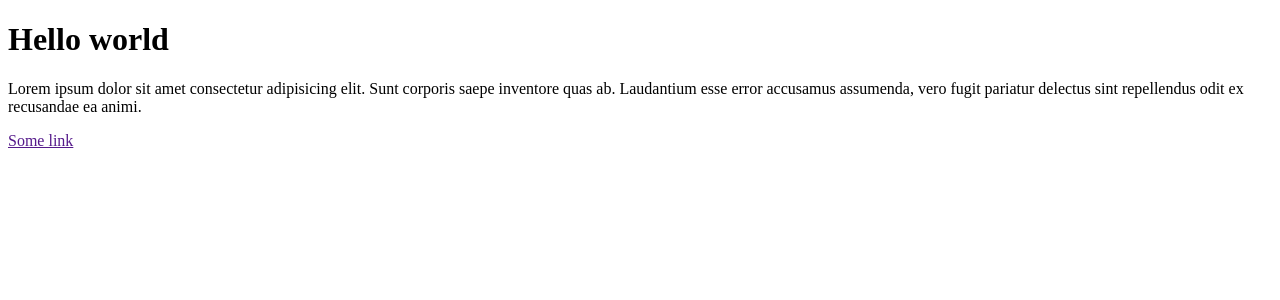
Repository: janismozgis-rcs/gurpa_5_test
Page: http://localhost/
These files come from the project's save history. The page is drawn as it stood at one moment and after the next save; the edit follows.
The browser window is 1280 px wide. The pictures show the whole page.
The page is run by PHP 8.4 with error messages shown; the project is at /var/www/html/.

Above is the page before, as saved 2018-06-18 20:14:08.

After the next save:
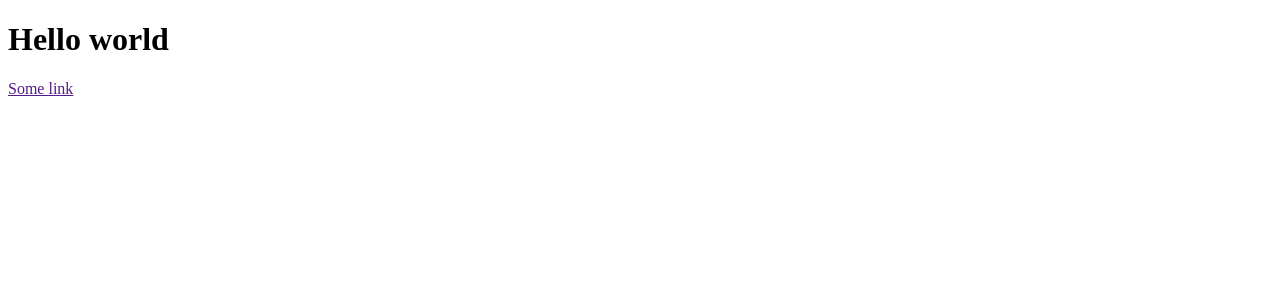
Saved 2 min 36 s later.
--- a/content.php
+++ b/content.php
@@ -1 +1,17 @@
-<p>Lorem ipsum dolor sit amet consectetur adipisicing elit. Sunt corporis saepe inventore quas ab. Laudantium esse error accusamus assumenda, vero fugit pariatur delectus sint repellendus odit ex recusandae ea animi.</p>
+<?php
+$users = [
+    [
+        'name' => 'Johnny',
+        'age' => '20'
+    ],
+    [
+        'name' => 'Billy',
+        'age' => '21'
+    ],
+    [
+        'name' => 'Juris',
+        'age' => '22'
+    ],
+];
+?>
+<p></p>
